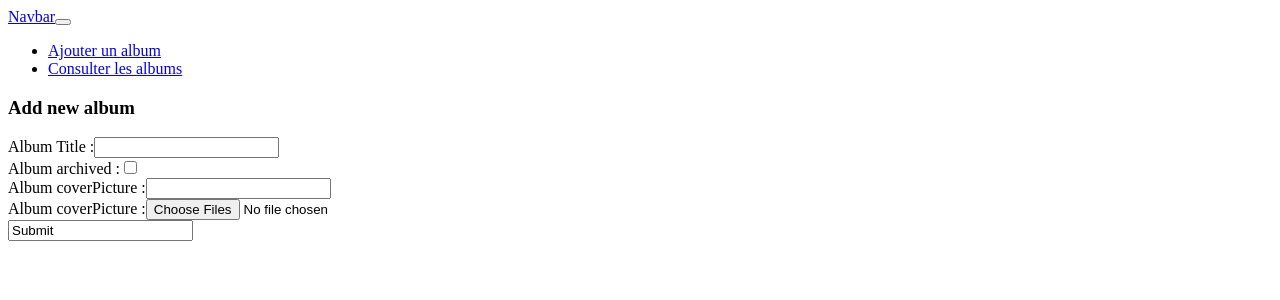
Repository: yassinecher/TestCC4SAE6
Page: /albums/add
These files come from the project's save history. The page is drawn as it stood at one moment and after the next save; the edit follows.
The browser window is 1280 px wide. The pictures show the whole page.
The project was rebuilt for these pictures with package versions that can differ from the ones it lists, and the page was loaded fresh each time. Also part of the build but not shown: angular.json, src/app/components/albums/albums.component.ts, src/app/components/not-found/not-found.component.ts.

Above is the page before, as saved 2024-12-20 14:55:11.

After the next save:
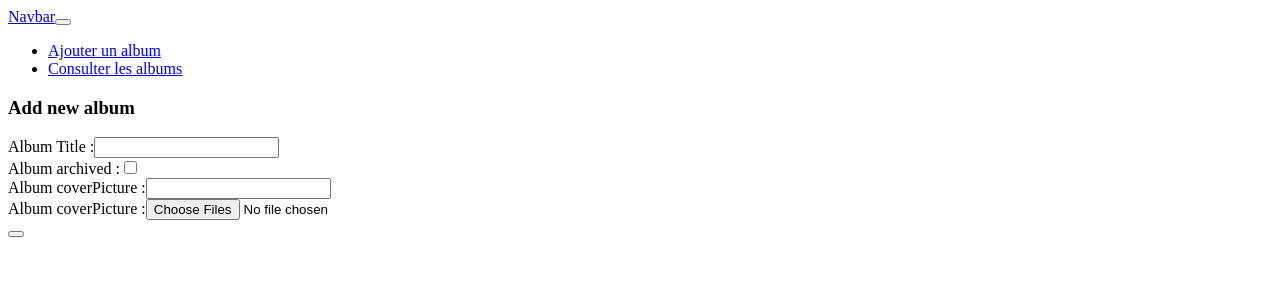
Saved 23 s later.
--- a/src/app/components/add-albums/add-albums.component.html
+++ b/src/app/components/add-albums/add-albums.component.html
@@ -42,7 +42,7 @@
                 </div>
             </div>
             <div class="mb-3">
-                <input type="sumbit" value="Submit" class="btn btn-outline-success" (click)="add()">
+                <button type="sumbit" value="Submit" class="btn btn-outline-success" (click)="add()"></button>
             </div>
         </form>
     </div>
